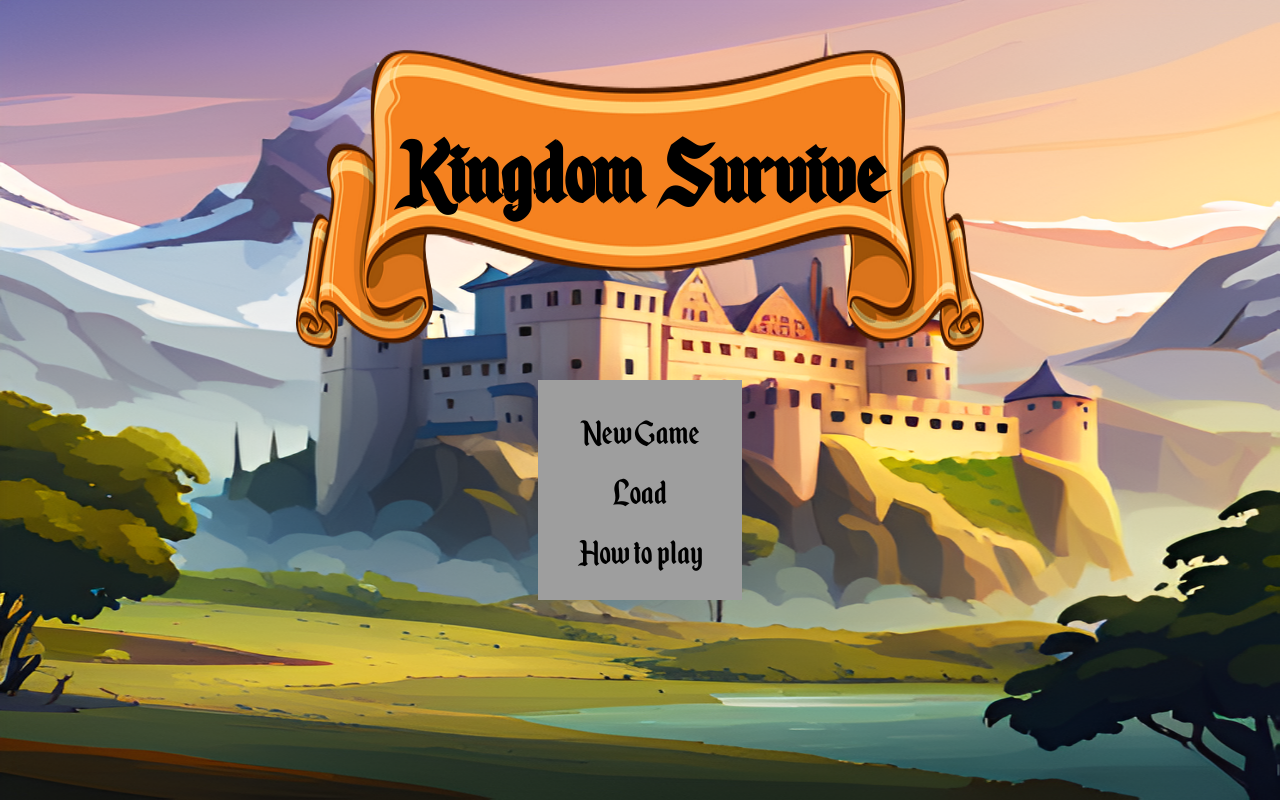
Repository: seolsa1014/webgame
Page: website/src/main/webapp/die.html
The author's editor kept a copy of each file at every save. The page is drawn from the files as they stood at one save, then again after the next save.
The browser window is 1280 px wide. The pictures show the whole page.
Pictures or frames that could not be fetched are drawn as grey boxes.

Above is the page before, as saved 2023-12-16 13:39:29.

### website/src/main/webapp/die.html
<!DOCTYPE html>
<html>
<head>
    <meta charset="UTF-8">
    <title>Kingdom Survive</title>
    <link rel="stylesheet" type="text/css" href="css/main.css">
</head>
<body>

    <div class="title">
        <h1>Kingdom&nbsp;&nbsp;Survive</h1>
    </div>

    <div class="buttons">
        <button class="button" onclick="startNewGame()">New Game</button>
        <button class="button" onclick="goToload()">Load</button>
        <button class="button" onclick="goToHowToPlay()">How to play</button>
    </div>

    <script>
        function startNewGame() {
            window.location.href = 'newgame.jsp';
        }

        function goToHowToPlay() {
            window.location.href = 'howtoplay.jsp';
        }
        function goToload() {
            window.location.href = 'load.jsp';
        }
    </script>

</body>
</html>

### website/src/main/webapp/css/main.css
@font-face {
    font-family: 'Enchanted Land';
    src: url('Enchanted\ Land.otf') format('woff'); /* 폰트 파일 경로를 적절하게 수정해주세요 */
}

body {
    background-image: url('main.png');
    background-size: 100% 100%;
    background-repeat: no-repeat;
    margin: 0;
    display: flex;
    flex-direction: column;
    align-items: center;
    justify-content: center;
    height: 800px;
}

.title {
    margin-top: 50px; /* 조절 가능한 값 */
    background-image: url('title.png');
    background-size: 100% 100%;
    padding-bottom: 50px;
    padding-left: 100px;
    padding-right: 100px;
    font-family: 'Enchanted Land', sans-serif;
    font-size: 50px;
}

.buttons {
    background: url('button.png') center/100% 100% no-repeat;
    display: flex;
    flex-direction: column;
    align-items: center;
    margin-top: auto;
    margin-bottom: 200px;
    padding: 20px;
}

.button {
    height: 60px;
    padding: 10px 20px;
    font-size: 40px;
    cursor: pointer;
    font-family: 'Enchanted Land', sans-serif;
    background: transparent;
    border: none;
    outline: none;
    transition: transform 0.3s, opacity 0.3s;

}

.button:hover {
    opacity: 0.8;
    transform: scale(1.1);
}

.announcement {
    text-align: center;
    max-width: 70%;
    margin-left: auto;
    margin-right: auto;
    background: url('paper.png') center/100% 100% no-repeat;
    padding: 20px;
    font-size: 40px;
    font-family: 'Enchanted Land', sans-serif;
}

.field {
    margin-top: 20px;
    text-align: center;
    margin-bottom: 20px;
    font-family: 'Enchanted Land', sans-serif;

}

.field b {
    display: block;
    font-size: 40px;
    margin-bottom: 5px;
}

input {
    padding: 10px;
    border: 2px solid #f8e98b; /* 연한 노란색 테두리 */
    border-radius: 10px; /* 테두리 둥글게 */
    width: 200px;
    box-sizing: border-box;
    font-family: 'Enchanted Land', sans-serif;
    font-size: 40px;
}

After the next save:
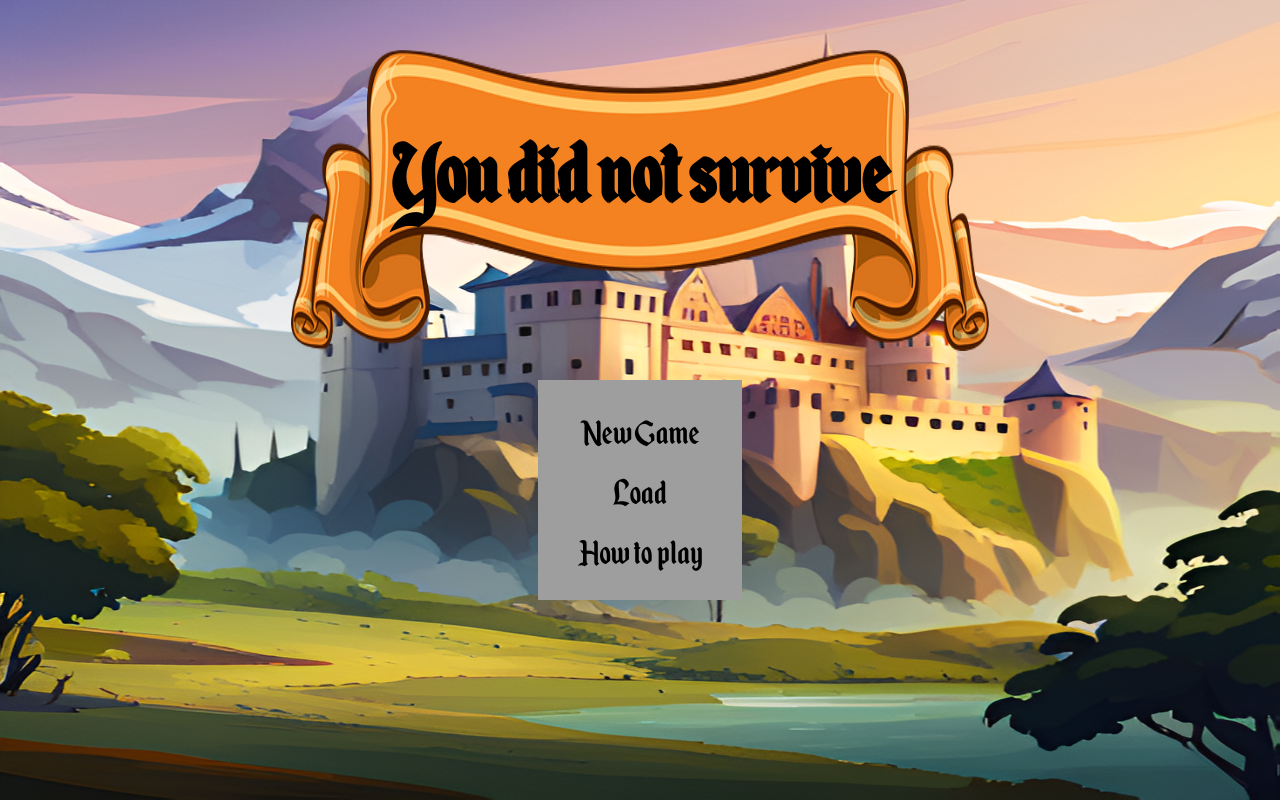
Saved 34 s later.
--- a/website/src/main/webapp/die.html
+++ b/website/src/main/webapp/die.html
@@ -8,7 +8,7 @@
 <body>
 
     <div class="title">
-        <h1>Kingdom&nbsp;&nbsp;Survive</h1>
+        <h1>You did not survive</h1>
     </div>
 
     <div class="buttons">
